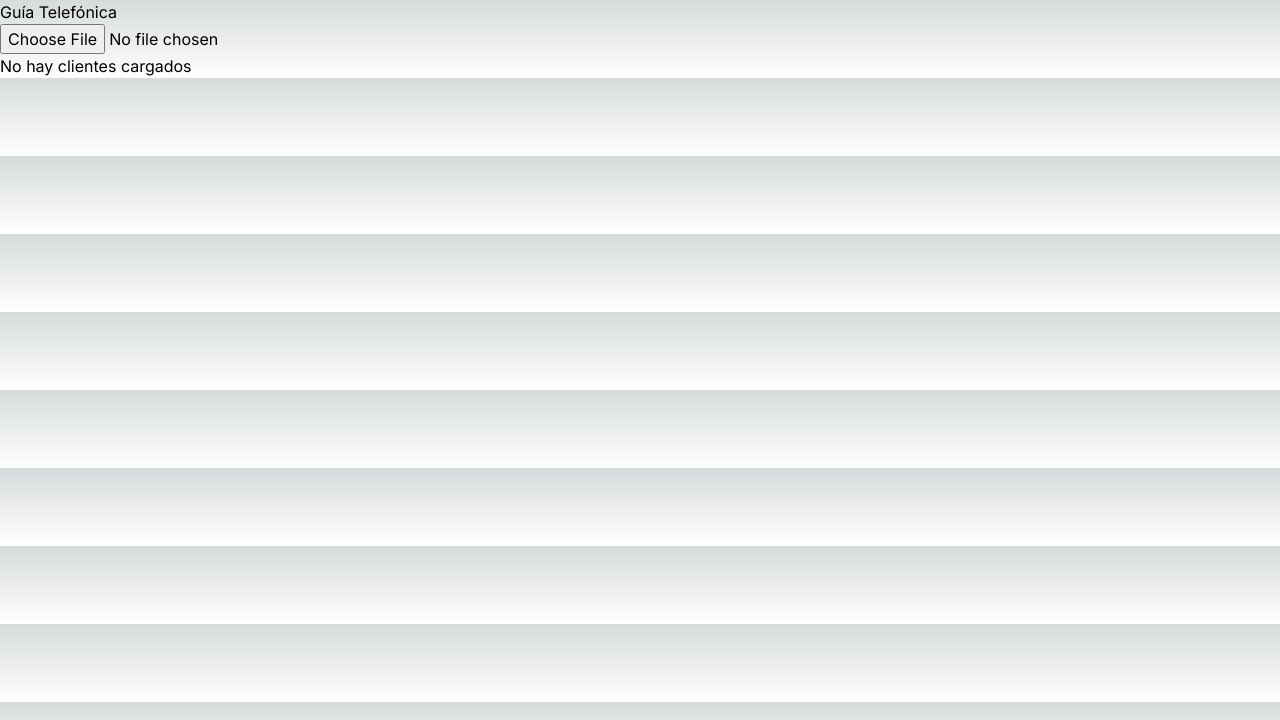
Repository: joanmr87/podlesh-nextjs
Page: /
The author's editor kept a copy of each file at every save. The page is drawn from the files as they stood at one save, then again after the next save.
The browser window is 1280 px wide. The pictures show the whole page.
The project was rebuilt for these pictures with package versions that can differ from the ones it lists, and the page was loaded fresh each time. The framework's server and built-in components were replaced by stand-ins that run in the browser. Also part of the build but not shown: next.config.js, components/ClientList.tsx.

Above is the page before, as saved 2023-08-07 15:09:59.

### app/page.tsx
"use client"
import React, { useState } from 'react'; // Agrega esta línea para importar React y useState
import NavBar from '../components/NavBar';
import FileUploader from '../components/FileUploader';
import ClientList from '../components/ClientList';
import NotificationButton from '../components/NotificationButton';

export default function AppPage() {
    const [clients, setClients] = useState([]); // Usamos useState para manejar el estado de los clientes

    const handleFileUpload = (event) => {
      const file = event.target.files[0];
      // Lógica para procesar el archivo y establecer el estado de "clients"
    };

    const sendNotifications = () => {
      // Lógica para enviar notificaciones
    };

    return (
      <div>
        <NavBar />
        <FileUploader onFileSelected={handleFileUpload} />
        {clients.length ? <ClientList clients={clients} /> : <p>No hay clientes cargados</p>}
        <NotificationButton onClick={sendNotifications} />
      </div>
    );
}

### components/NavBar.tsx
// NavBar.tsx o NavBar.jsx
import React from 'react';

function NavBar() {
    return (
              <nav className="navbar navbar-dark bg-dark">
                <a className="navbar-brand" href="#">Guía Telefónica</a>
              </nav>
           );
          }

          export default NavBar;

### components/FileUploader.tsx
function FileUploader({ onFileSelected }) {

        return (
          <div>
            <input type="file" accept=".xlsx, .csv" onChange={onFileSelected} />
          </div>
        );


  }

  export default FileUploader;

### components/NotificationButton.tsx
function NotificationButton({ onClick }) {
    function NotificationButton({ onClick }) {
        return (
          <button className="btn btn-success" onClick={onClick}>
            Enviar
          </button>
        );
      }

  }

  export default NotificationButton;

Loaded but not shown: app/layout.tsx (common file); app/globals.css (common file); tailwind.config.ts (common file)

After the next save:
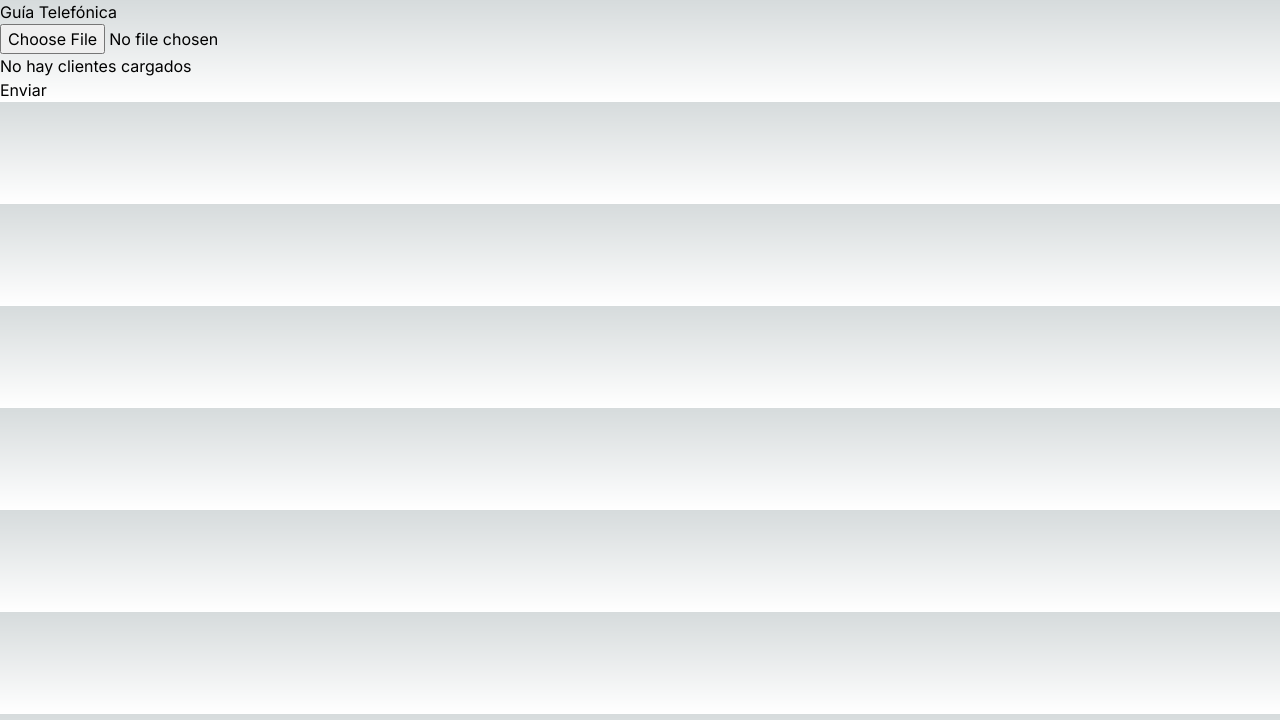
Saved 15 s later.
--- a/components/NotificationButton.tsx
+++ b/components/NotificationButton.tsx
@@ -1,12 +1,9 @@
 function NotificationButton({ onClick }) {
-    function NotificationButton({ onClick }) {
         return (
           <button className="btn btn-success" onClick={onClick}>
             Enviar
           </button>
         );
-      }
-
   }
 
   export default NotificationButton;
